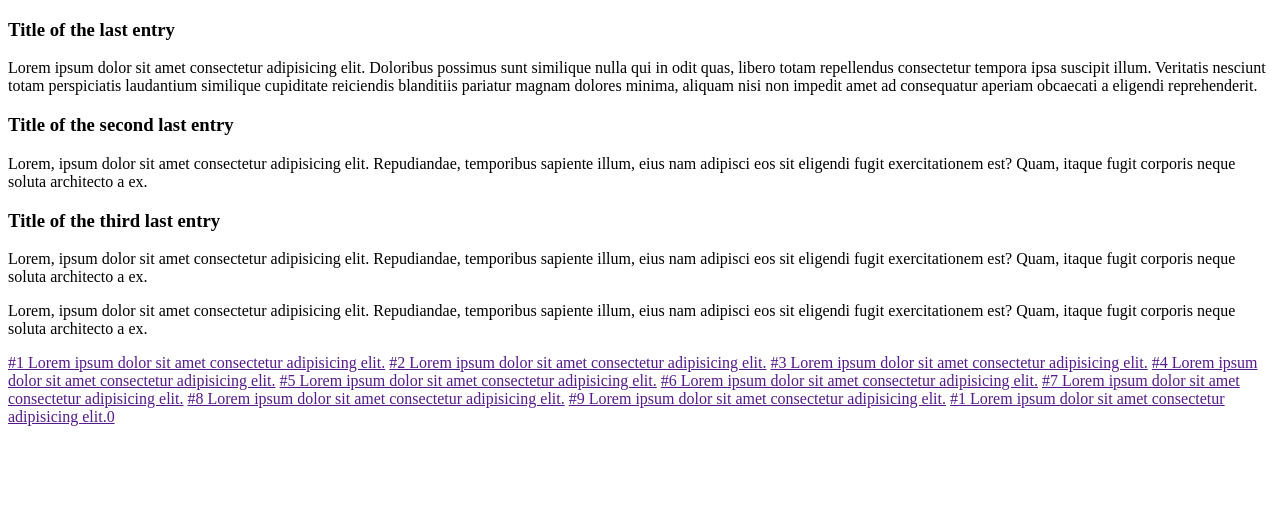
Repository: KikiMcArron/Don_Kiki_McArron
Page: index.html
The author's editor kept a copy of each file at every save. The page is drawn from the files as they stood at one save, then again after the next save.
The browser window is 1280 px wide. The pictures show the whole page.

Above is the page before, as saved 2022-04-10 19:22:32.

After the next save:
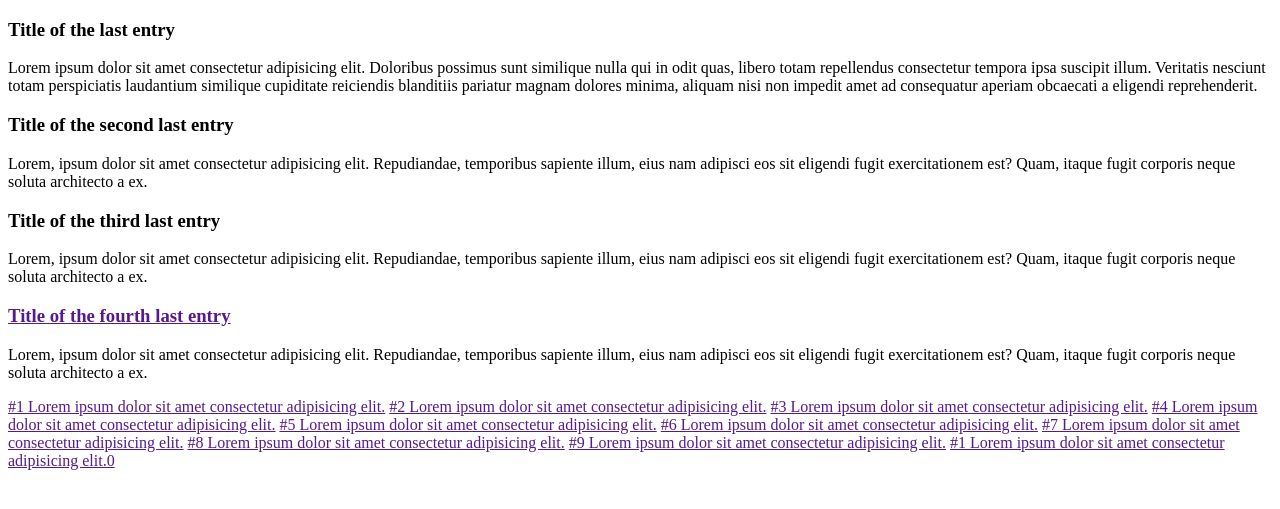
Saved 10 s later.
--- a/index.html
+++ b/index.html
@@ -36,7 +36,7 @@
                         soluta architecto a ex.</p>
                     </article>
                     <article>
-
+                <a href=""><h3>Title of the fourth last entry</h3></a>
                 <p>Lorem, ipsum dolor sit amet consectetur adipisicing elit. Repudiandae, temporibus sapiente illum,
                     eius nam adipisci eos sit eligendi fugit exercitationem est? Quam, itaque fugit corporis neque
                     soluta architecto a ex.</p>
